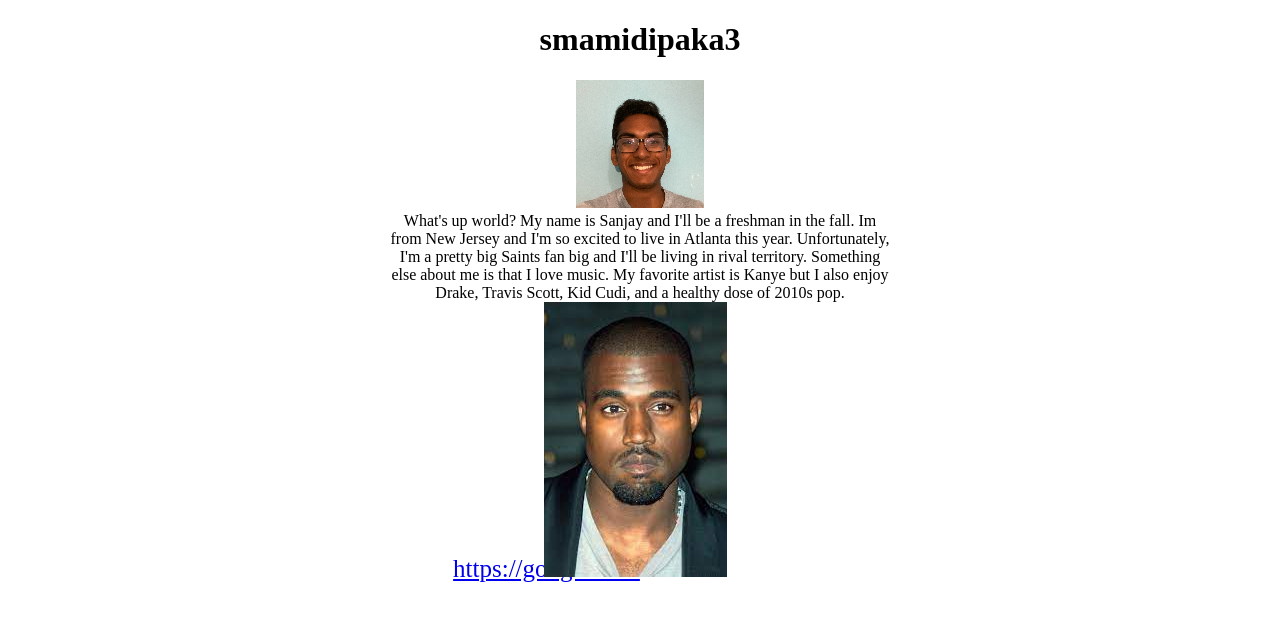
Repository: sanjayMamidipaka/cs1301
Page: lab01/index.html
An editor plug-in stored every save of this project. The page is shown before and after the next save, followed by the edit.
The browser window is 1280 px wide. The pictures show the whole page.

Above is the page before, as saved 2021-07-22 16:16:25.

After the next save:
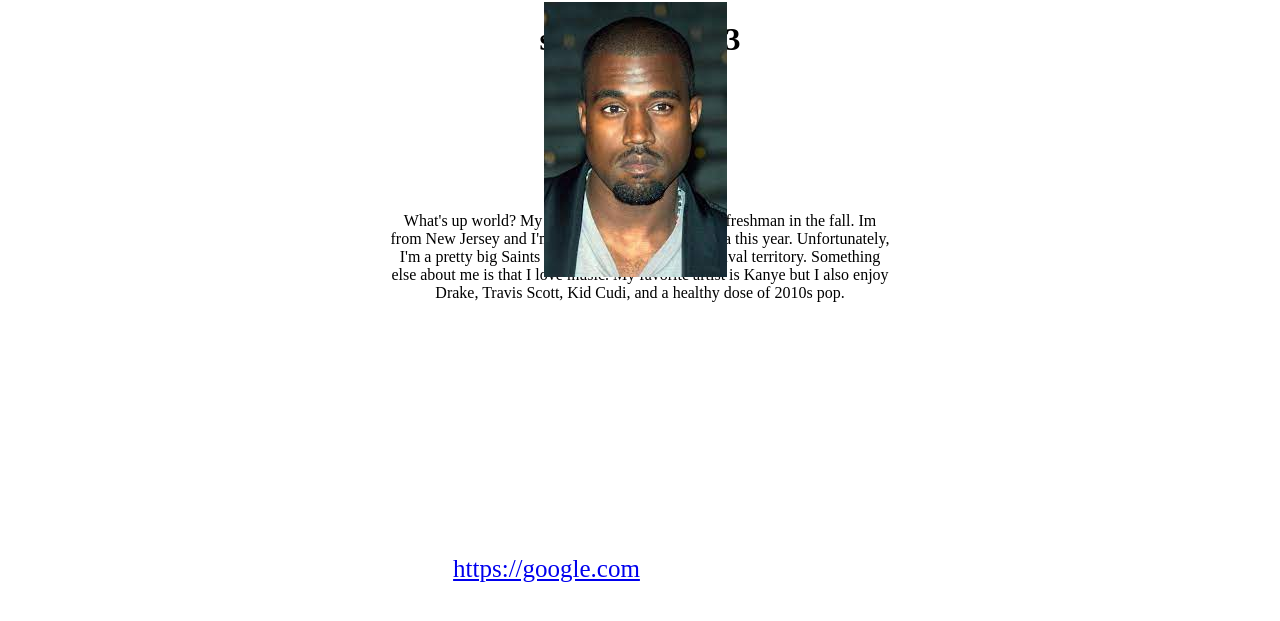
Saved 6 s later.
--- a/lab01/style.css
+++ b/lab01/style.css
@@ -16,5 +16,5 @@
 .kanye {
     position: relative;
     left: -100px;
-
+    bottom: 300px;
 }
